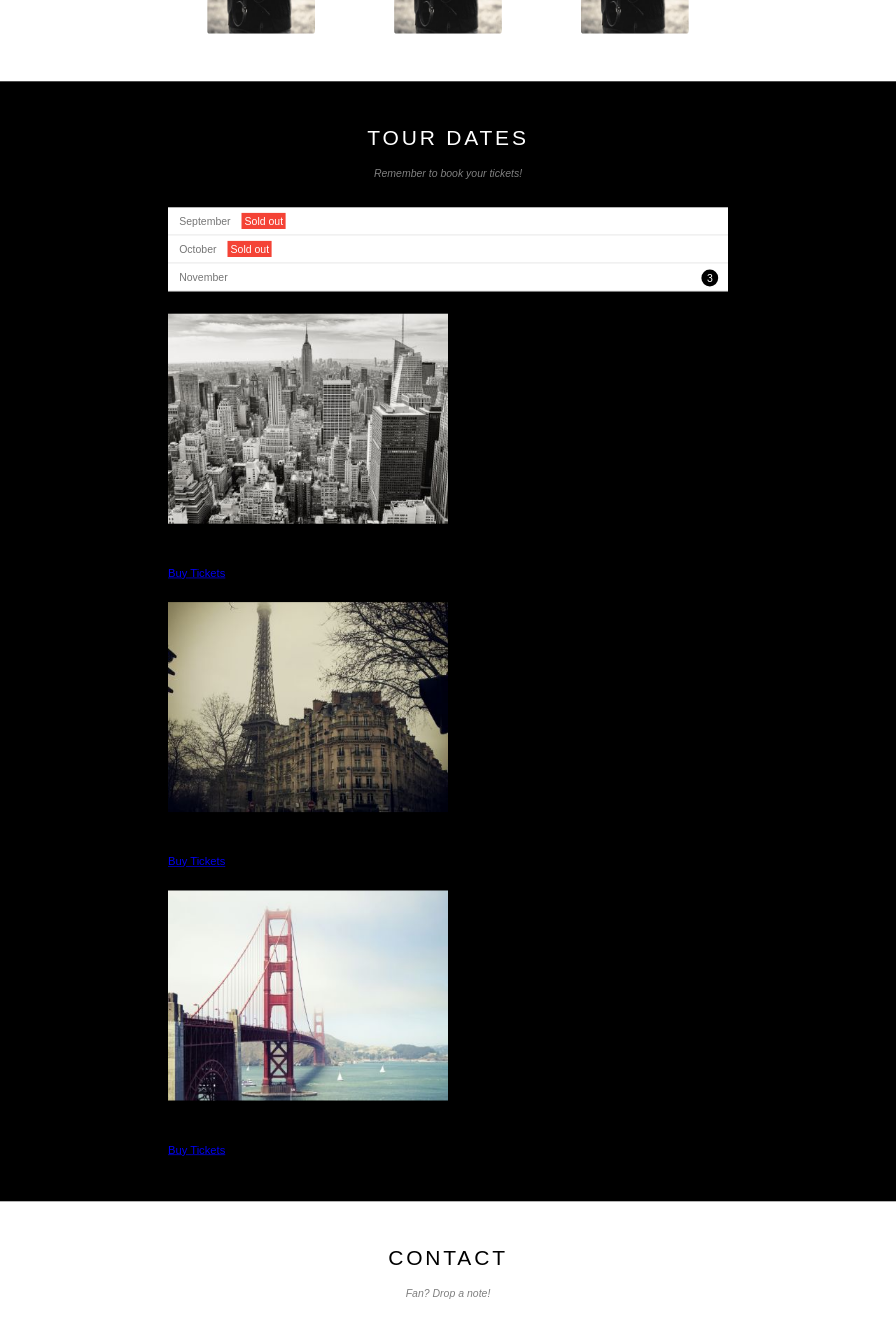
Repository: ducvui2003/LTCB
Page: index.html
An editor plug-in stored every save of this project. The page is shown before and after the next save, followed by the edit.
The browser window is 1280 px wide. The pictures show the part of the page from y = 1163 to 3083 px (the page is 3083 px tall before and 2371 px after), at 70% of full size.

Above is the page before, as saved 2022-01-10 10:16:36.

### index.html
<!DOCTYPE html>
<html lang="en">

<head>
    <meta charset="UTF-8">
    <meta http-equiv="X-UA-Compatible" content="IE=edge">
    <meta name="viewport" content="width=device-width, initial-scale=1.0">
    <title>The Band W3_School</title>
    <link rel="stylesheet" href="./assest/Css/styles.css">
    <link rel="stylesheet" href="./assest/Fonts/themify-icons-font (1)/themify-icons/themify-icons.css">
</head>

<body>
    <div id="main">
        <!-- Begin: Header -->
        <div id="header">
            <!-- Begin: Nav -->
            <ul id="nav">
                <li>
                    <a href="">Home</a>
                </li>
                <li>
                    <a href="">Tour</a>
                </li>
                <li>
                    <a href="">Band</a>
                </li>
                <li>
                    <a href="">Contact</a>
                </li>
                <li>
                    <a href="">
                        More
                        <!-- icons -->
                        <i class="nav-arrow-down ti-angle-down"></i>
                    </a>
                    <ul class="subnav">
                        <li>
                            <a href="">Merchandise</a>
                        </li>
                        <li>
                            <a href="">Extras</a>
                        </li>
                        <li>
                            <a href="">Media</a>
                        </li>
                    </ul>
                </li>
            </ul>
            <!-- End: Nav -->
            <!-- Begin: Search button -->
            <div class="search-button">
                <i class="search-icon ti-search"></i>
            </div>
            <!-- End: Search button -->
        </div>
        <!-- End: Header -->

        <!-- Begin: Slides -->
        <div id="slides">
            <div class="text-content">
                <h2 class="text-heading">Chicago</h2>
                <div class="text-paragraph">Thank you, Chicago - A night we won't forget.
                </div>
            </div>
        </div>
        <!-- End: Slides -->

        <!-- Begin: Content -->
        <div id="content">

            <!-- About section -->
            <div class="content-section">
                <h1 class="section-heading">The Band</h1>
                <p class="section-sub-heading">We love music

                </p>
                <p class="content-text">We have created a fictional band website. Lorem ipsum dolor sit amet, consectetur adipiscing elit, sed do eiusmod tempor incididunt ut labore et dolore magna aliqua. Ut enim ad minim veniam, quis nostrud exercitation ullamco laboris nisi
                    ut aliquip ex ea commodo consequat. Duis aute irure dolor in reprehenderit in voluptate velit esse cillum dolore eu fugiat nulla pariatur. Excepteur sint occaecat cupidatat non proident, sunt in culpa qui officia deserunt mollit anim
                    id est laborum consectetur adipiscing elit, sed do eiusmod tempor incididunt ut labore et dolore magna aliqua. Ut enim ad minim veniam, quis nostrud exercitation ullamco laboris nisi ut aliquip ex ea commodo consequat.</p>

                <!-- Team section -->
                <div class="member-list">
                    <div class="member-item">
                        <p class="member-name">Name</p>
                        <img src="./assest/Img/Teams/membersAvatar.jpg" alt="Name" class="member-avatar">
                    </div>

                    <div class="member-item">
                        <p class="member-name">Name</p>
                        <img src="./assest/Img/Teams/membersAvatar.jpg" alt="Name" class="member-avatar">
                    </div>

                    <div class="member-item">
                        <p class="member-name">Name</p>
                        <img src="./assest/Img/Teams/membersAvatar.jpg" alt="Name" class="member-avatar">
                    </div>
                    <div class="clear"></div>
                </div>
            </div>

            <!-- Tour section -->
            <div class="tour-section">
                <div class="content-section">
                    <h1 class=" text-white section-heading">TOUR DATES</h1>
                    <p class="text-white section-sub-heading">Remember to book your tickets!</p>

                    <!-- Ticket-list -->
                    <ul class="ticket-list">
                        <li>September<span class="sold-out">Sold out</span></li>
                        <li>October<span class="sold-out">Sold out</span></li>
                        <li>November <span class="quantity">3</span></li>
                    </ul>

                    <!-- Places -->
                    <div class="place-list">
                        <!-- Place 1 -->
                        <div class="place-ticket">
                            <img src="./assest/Img/Places/place1.jpg" alt="New York" class="place-img">
                            <div class="place-body">
                                <h3 class="place-heading">New York</h3>
                                <p class="place-time">Fri 27 Nov 2016</p>
                                <p class="place-desc">Praesent tincidunt sed tellus ut rutrum sed vitae justo.</p>
                                <a href="#" class="buy-ticket">Buy Tickets</a>
                            </div>
                        </div>
                        <!-- Place 2 -->
                        <div class="place-ticket">
                            <img src="./assest/Img/Places/place2.jpg" alt="Paris" class="place-img">
                            <div class="place-body">
                                <h3 class="place-heading">Paris</h3>
                                <p class="place-time">Sat 28 Nov 2016</p>
                                <p class="place-desc">Praesent tincidunt sed tellus ut rutrum sed vitae justo.</p>
                                <a href="#" class="buy-ticket">Buy Tickets</a>
                            </div>
                        </div>
                        <!-- Place 3 -->
                        <div class="place-ticket">
                            <img src="./assest/Img/Places/place3.jpg" alt="San Francisco" class="place-img">
                            <div class="place-body">
                                <h3 class="place-heading">San Francisco</h3>
                                <p class="place-time">Sun 29 Nov 2016</p>
                                <p class="place-desc">Praesent tincidunt sed tellus ut rutrum sed vitae justo.</p>
                                <a href="#" class="buy-ticket">Buy Tickets</a>
                            </div>
                        </div>
                    </div>
                </div>
            </div>

            <!-- Contact section -->
            <div class="content-section">
                <h1 class="section-heading">CONTACT</h1>
                <p class="section-sub-heading">Fan? Drop a note! </p>

            </div>

            <!-- End: Content -->
        </div>
        <div id="footer"></div>
</body>

</html>

### assest/Css/styles.css
* {
    padding: 0;
    margin: 0;
    box-sizing: border-box;
}

html {
    font-family: Arial, Helvetica, sans-serif;
}

.clear {
    clear: both;
}


/* Dung cho chu mau trang */

.text-white {
    color: white !important;
}

#main {}

#header {
    position: fixed;
    top: 0;
    right: 0;
    left: 0;
    /* fixed đang nổi lên nó sẽ nhường vị trí cho div slides tiếp theo */
    height: 46px;
    background-color: black;
    z-index: 1;
    /* dùng để thêm vào thẻ fixed nhằm đẩy block lên trên các block khác theo chiều cao, giá trị là 0, 1,... */
}

#nav {
    display: inline-block;
    /* display để thẻ nav chỉ dài đúng nội dung của nó thôi */
}

#nav,
.subnav {
    list-style: none;
}

#nav>li {
    display: inline-block;
}

#nav li {
    position: relative;
}

#nav>li>a {
    color: white;
    text-transform: uppercase;
    /* chinh chu thuong thanh hoa */
}

#nav li a {
    text-decoration: none;
    line-height: 46px;
    padding: 0 24px;
    display: block;
}

#nav li:hover .subnav {
    display: block;
}

#nav>li:hover>a,
#nav .subnav li:hover a {
    background-color: #ccc;
    color: black;
}

#nav li:hover a {
    /* line-height: 46px; */
}

#nav .subnav {
    display: none;
    position: absolute;
    top: 46px;
    background-color: #fff;
    box-shadow: 0 0 10px rgba(0, 0, 0, 0.3);
}

#nav .subnav li a {
    color: black;
    padding: 0 16px;
    line-height: 38px;
    width: 160px;
}

#nav .nav-arrow-down {
    font-size: 14px;
}

#header .search-button {
    float: right;
    /* thẻ search-button là thẻ div, có tính kế thừa chiều ngang, nên khi float vào sẽ vô hiệu hoá tính kế thừa chiều ngang đó */
    line-height: 46px;
    padding: 0 24px;
}

#header .search-button:hover {
    background-color: #f44336;
    cursor: pointer;
    /* Dùng để thay đổi con trỏ chuột khi di vào */
}

#header .search-icon {
    color: white;
    font-size: 20px;
}

#slides {
    /* min-height: 1000px; */
    /* background-color: pink; */
    margin-top: 46px;
    padding-top: 50%;
    /* 50% chieu ngang cua chinh the do */
    background: url('/assest/Img/Slides/ChicagoPicture.jpg') top center / cover no-repeat;
    /* shorthand */
    position: relative;
}

#slides .text-content {
    position: absolute;
    bottom: 46px;
    left: 50%;
    /* Cách lề trái 50% chiều ngang */
    transform: translateX(-50%);
    /* Dùng để lùi thẻ theo trục X 50% chiều dài -> Mục đích kết hợp vs transform để căn giữa block */
    color: white;
    text-align: center;
    /* Dùng để căn giữa content, ko dùng để căn block */
    /* cách 2: Thêm width: 100% */
    /* /* cách 3 left: 0 right: 0; */
}

#slides .text-heading {
    font-weight: 500;
    /* dùng để điều chỉnh lại độ dày của chữ, giá trị từ 100-1000  */
    font-size: 24px;
    margin-bottom: 25px;
}

#slides .text-paragraph {
    font-size: 15px;
}

#content {}

#content .content-section {
    width: 800px;
    padding: 64px 0;
    margin-left: auto;
    margin-right: auto;
}

#content .section-heading {
    font-size: 30px;
    font-weight: 500;
    text-align: center;
    letter-spacing: 4px;
}

#content .section-sub-heading {
    font-size: 15px;
    text-align: center;
    margin-top: 25px;
    font-style: italic;
    opacity: 0.5;
}

#content .content-text {
    font-size: 15px;
    margin-top: 25px;
    text-align: justify;
    /* Can deu van ban */
    line-height: 1.4;
    /* Khoang cach giua 2 hang chu */
}

#content .member-list {
    margin-top: 48px;
    /* overflow: hidden; */
}

#content .member-item {
    float: left;
    width: calc(100% /3);
    text-align: center;
    /* Can hinh voi chu */
}

#content .member-name {
    font-size: 15px;
}

#content .member-avatar {
    margin-top: 15px;
    width: 154px;
    /* Dung the <img> thì chỉ cần đặt 1 chiều */
    border-radius: 4px;
    /* Dùng để tạo bo góc của ảnh */
}


/* Tour-section */

#content .tour-section {
    background-color: black;
}


/* Ticket-list */

.ticket-list {
    background-color: white;
    margin-top: 40px;
}

.ticket-list li {
    font-size: 15px;
    padding: 11px 16px;
    border-bottom: 1px solid #ddd;
    color: #757575;
    list-style: none;
}

.ticket-list .sold-out {
    color: white;
    background-color: #f44336;
    margin-left: 16px;
    padding: 3px 4px;
}

.ticket-list .quantity {
    float: right;
    width: 24px;
    height: 24px;
    border-radius: 50%;
    /* Tao bop goc deu de co hinh tron */
    text-align: center;
    line-height: 24px;
    background-color: black;
    color: white;
    margin: -2px;
    /* Có thẻ float nên có thuộc tính block -> xét đc width, height, dùng đc margin (-) */
}


/* Plac-list */

.place-ticket {
    margin-top: 32px;
}

.place-img {}

.place-body {}

.place-heading {}

.place-time {}

.place-desc {}

.buy-ticket {}

#footer {}

Loaded but not shown: assest/Fonts/themify-icons-font (1)/themify-icons/themify-icons.css (common file)

After the next save:
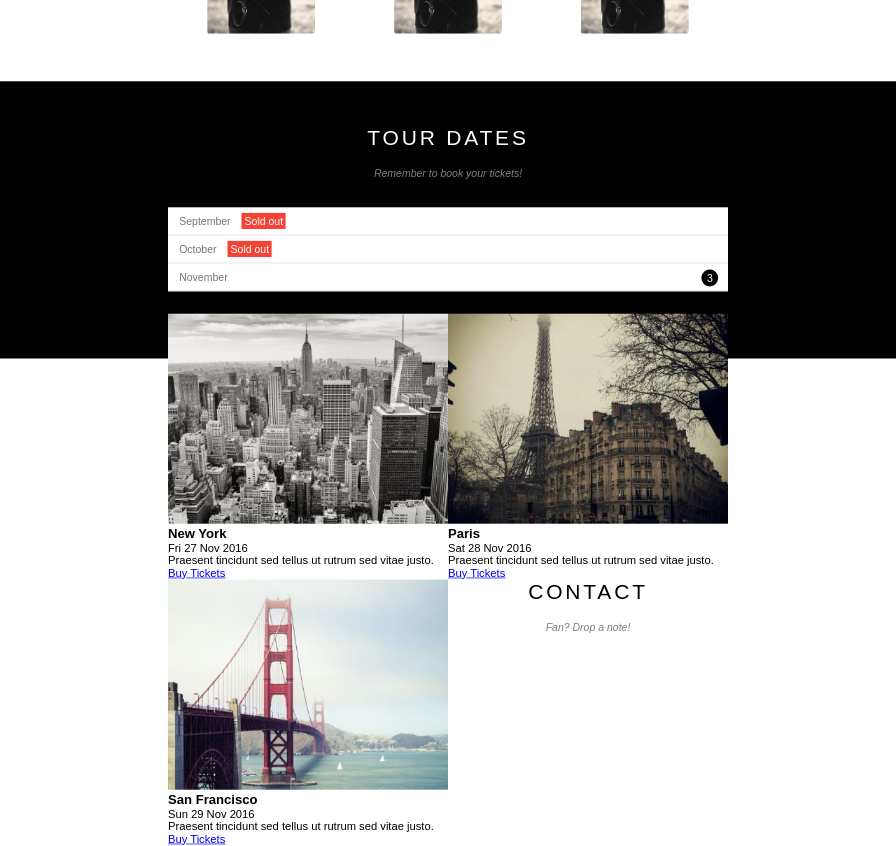
Saved 77 s later.
--- a/assest/Css/styles.css
+++ b/assest/Css/styles.css
@@ -255,8 +255,12 @@
 
 /* Plac-list */
 
+.place-list {
+    margin-top: 32px;
+}
+
 .place-ticket {
-    margin-top: 32px;
+    float: left;
 }
 
 .place-img {}
